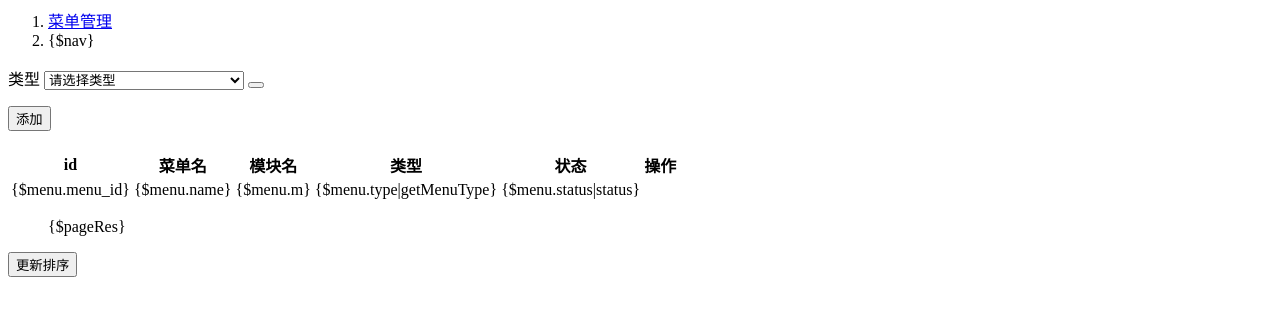
Repository: Sameldon930/zzs_cms
Page: Application/Admin/View/Menu/index.html
These files come from the project's save history. The page is drawn as it stood at one moment and after a run of saves; the edit follows.
The browser window is 1280 px wide. The pictures show the whole page.

Above is the page before, as saved 2019-05-24 15:01:42.

### Application/Admin/View/Menu/index.html

<include file="Index/header" />
<body>

<div id="wrapper">

    <include file="Index/nav"/>

    <div id="page-wrapper">

    <div class="container-fluid" >

        <!-- Page Heading -->
        <div class="row">
            <div class="col-lg-12">

                <ol class="breadcrumb">
                    <li>
                        <i class="fa fa-dashboard"></i>  <a href="/admin.php?c=menu">菜单管理</a>
                    </li>
                    <li class="active">
                        <i class="fa fa-table"></i>{$nav}
                    </li>
                </ol>
            </div>
        </div>
        <!-- /.row -->
        <div class="row">
            <form action="/admin.php" method="get">

                <div class="input-group">
                    <span class="input-group-addon">类型</span>
                    <select class="form-control" name="type">
                        <option value='' >请选择类型</option>
                        <option value="1" <if condition="$type eq 1">selected="selected"</if>>后台菜单</option>
                        <option value="0" <if condition="$type eq 0">selected="selected"</if>>前端导航</option>
                    <lect>
                </div>

                <input type="hidden" name="c" value="menu"/>
                <input type="hidden" name="a" value="index"/>
                <span class="input-group-btn">
                  <button id="sub_data" type="submit" class="btn btn-primary"><i class="glyphicon glyphicon-search"></i><tton>
                </span>

            </form>
        </div>
        <div>
          <button  id="button-add" type="button" class="btn btn-primary dropdown-toggle" data-toggle="dropdown" aria-haspopup="true" aria-expanded="false"><span class="glyphicon glyphicon-plus" aria-hidden="true"></span>添加 </button>
        </div>
        <div class="row">
            <div class="col-lg-6">
                <h3></h3>
                <div class="table-responsive">
                    <form id="singcms-listorder">
                    <table class="table table-bordered table-hover singcms-table">
                        <thead>
                        <tr>
                            <!-- <th width="14">排序</th> -->
                            <th>id</th>
                            <th>菜单名</th>
                            <th>模块名</th>
                            <th>类型</th>
                            <th>状态</th>
                            <th>操作</th>
                        </tr>
                        </thead>
                        <tbody>
                        <volist name="menus" id="menu">
                            <tr>
                                <!-- <td><input size="4" type="text" name="listorder[{$menu.menu_id}]" value="{$menu.listorder}"/></td> -->
                                <td>{$menu.menu_id}</td>
                                <td>{$menu.name}</td>
                                <td>{$menu.m}</td>
                                <td>{$menu.type|getMenuType}</td><!--调用语义化方法-->
                                <td>{$menu.status|status}</td>
                                <td>
                                    <span class="glyphicon glyphicon-edit" aria-hidden="true" id="singcms-edit" attr-id="{$menu.menu_id}"></span>
                                    <a href="javascript:void(0)" attr-id="{$menu.menu_id}" id="singcms-delete"  attr-a="menu" attr-message="删除">
                                        <span class="glyphicon glyphicon-remove-circle" aria-hidden="true"></span>
                                    </a></td>
                            </tr>
                        </volist>

                        </tbody>
                    </table>
                    </form>
                    <nav>
                        <ul class="pagination">
                            {$pageRes}
                        </ul>
                    </nav>
                    <div>
                        <button  id="button-listorder" type="button" class="btn btn-primary dropdown-toggle" ><span class="glyphicon glyphicon-plus" aria-hidden="true"></span>更新排序 </button>
                    </div>
                </div>
            </div>

        </div>
        <!-- /.row -->


    </div>
    <!-- /.container-fluid -->

</div>
<!-- /#page-wrapper -->

</div>
<!-- /#wrapper -->
<!-- Morris Charts JavaScript -->
<script>

    var SCOPE = {
        'add_url' : '/admin.php?c=menu&a=add',
        'edit_url' : '/admin.php?c=menu&a=edit',
        'set_status_url' : '/admin.php?c=menu&a=setStatus',
        'listorder_url' : '/admin.php?c=menu&a=listorder',

    }
</script>
<include file="Index/footer" />

After the next 10 saves:
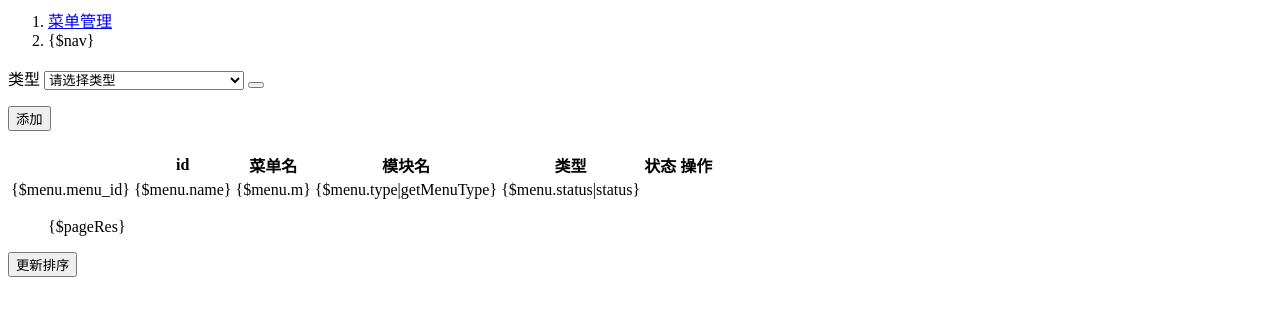
The 10 saves are shown as one change because they came seconds apart.
The last was saved 6 min 21 s later.
--- a/Application/Admin/View/Menu/index.html
+++ b/Application/Admin/View/Menu/index.html
@@ -56,7 +56,7 @@
                     <table class="table table-bordered table-hover singcms-table">
                         <thead>
                         <tr>
-                            <!-- <th width="14">排序</th> -->
+                            <th width="14"></th>
                             <th>id</th>
                             <th>菜单名</th>
                             <th>模块名</th>
@@ -68,7 +68,6 @@
                         <tbody>
                         <volist name="menus" id="menu">
                             <tr>
-                                <!-- <td><input size="4" type="text" name="listorder[{$menu.menu_id}]" value="{$menu.listorder}"/></td> -->
                                 <td>{$menu.menu_id}</td>
                                 <td>{$menu.name}</td>
                                 <td>{$menu.m}</td>
